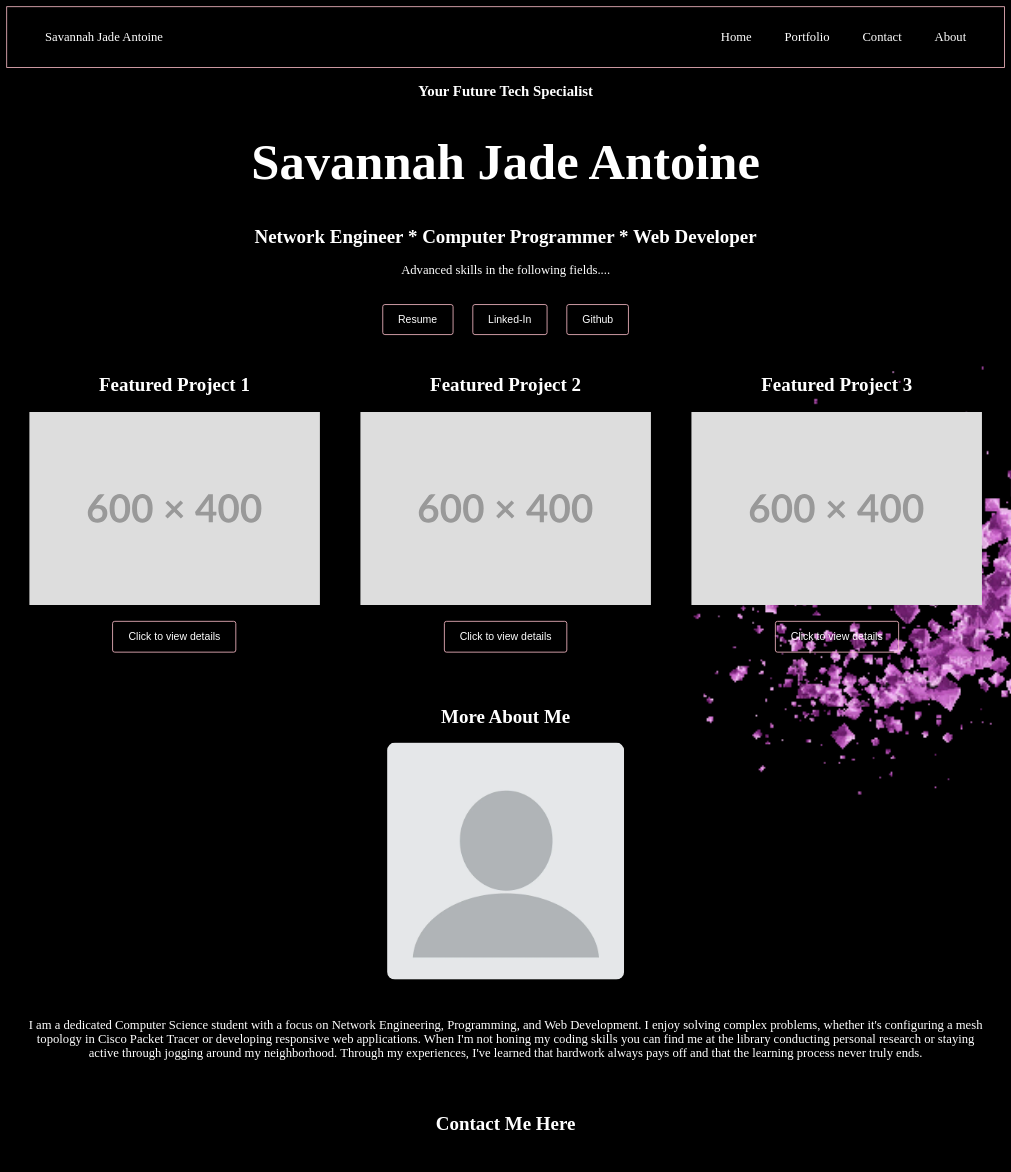
Repository: Savannah-Antoine/Savannah-Antoine
Page: index.html
The author's editor kept a copy of each file at every save. The page is drawn from the files as they stood at one save, then again after the next save.
The browser window is 1280 px wide. The pictures show the whole page, at 79% of full size.

Above is the page before, as saved 2026-05-15 14:01:54.

After the next save:
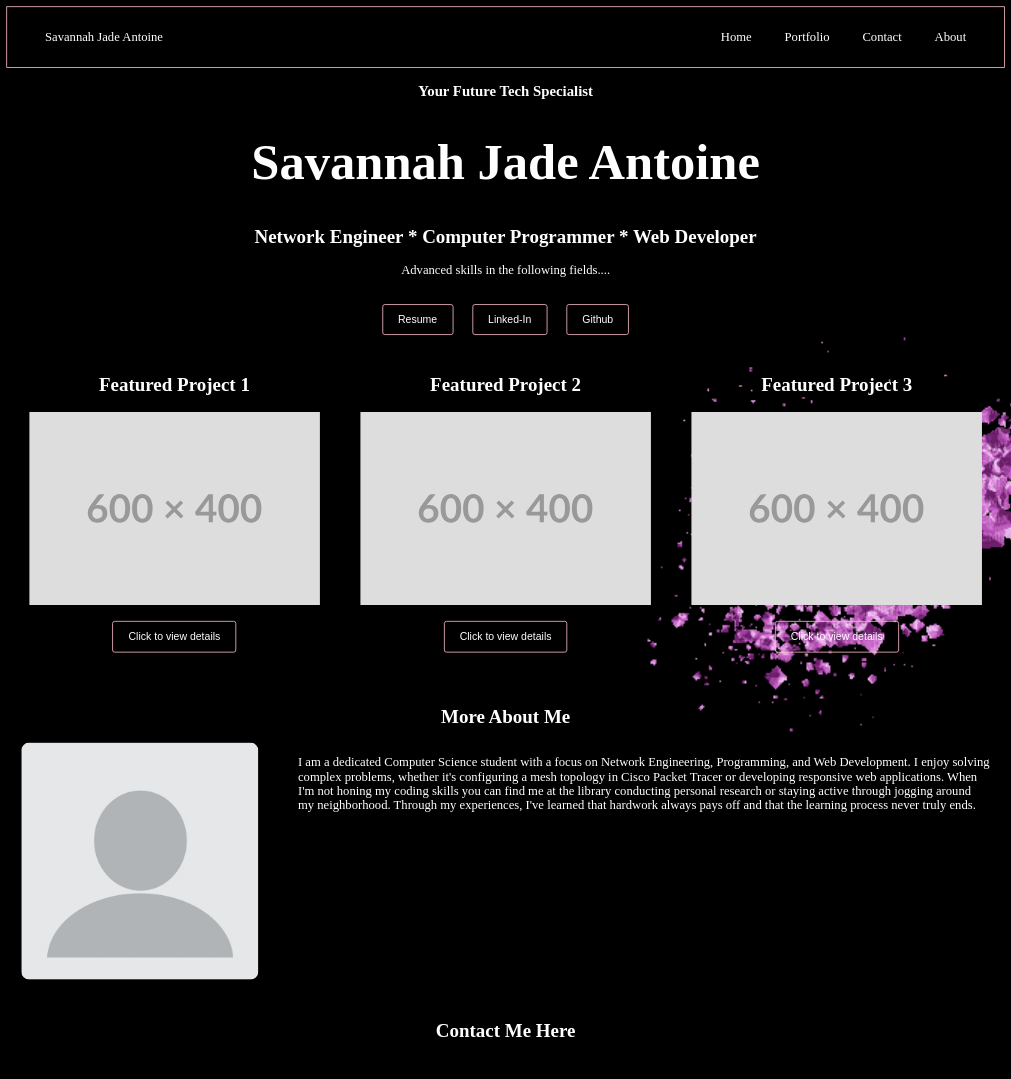
Saved 2 min 17 s later.
--- a/styles/index.css
+++ b/styles/index.css
@@ -82,4 +82,11 @@ img{
     .container {
         margin: 0 auto;
     }
+    .aboutMe {
+        flex-direction: row;      /* Side-by-side only on desktop */
+        justify-content: center;
+        align-items: flex-start;  /* Aligns image top with text top */
+        text-align: left;         /* Professional look for side-by-side */
+        gap: 50px;
+    }
 }
